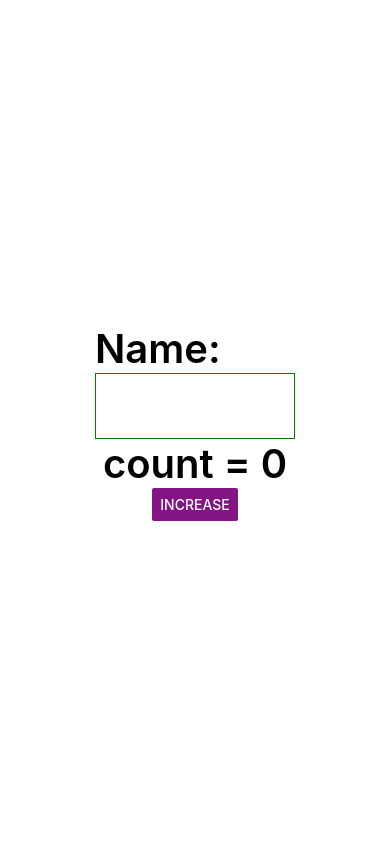
Repository: Ducbii4202/React-Native
Screen: /
An editor plug-in stored every save of this project. The screen is shown before and after the next save, followed by the edit.
The app was drawn by React Native's web renderer in a window 390 px wide. The project was rebuilt for these pictures with package versions that can differ from the ones it lists, and the page was loaded fresh each time.

Above is the screen before, as saved 2024-09-14 02:04:24.

### App.tsx

import { useState } from 'react';
import { Button, StyleSheet, Text, TextInput, View } from 'react-native';

export default function App() {
  const [count, setCount] = useState(0);
  const [name, setName] = useState("");

  return (
    <View style={styles.container}>
      <View>
 <Text style={{ fontSize: 40, fontWeight: "600" }}>Name: {name}</Text>
      <TextInput style={styles.input}
        multiline
        onChangeText={(value) => setName(value)}
      />
      </View>

      <Text style={{fontSize:40, fontWeight:"600"}}>
      count = {count}
      </Text>
      <View>
        <Button color="#841584"
          title='Increase'
          onPress={() => setCount(count + 1)} />
      </View>
    </View>
  );
}


//css in js
const styles = StyleSheet.create({
  container: {
    flex: 1,
    backgroundColor: '#fff',
    alignItems: 'center',
    justifyContent: 'center',
  },
  hello1: {
    color: "violet",
    borderColor: "pink",
    borderWidth: 1,
    fontSize: 30,
    padding:10,
  },
  header: {
    fontSize: 30,
    fontWeight:"600",
  },
  input: {
    borderColor: "green",
          borderWidth: 1,
          width: 200,
          padding: 15,
  }
});

After the next save:
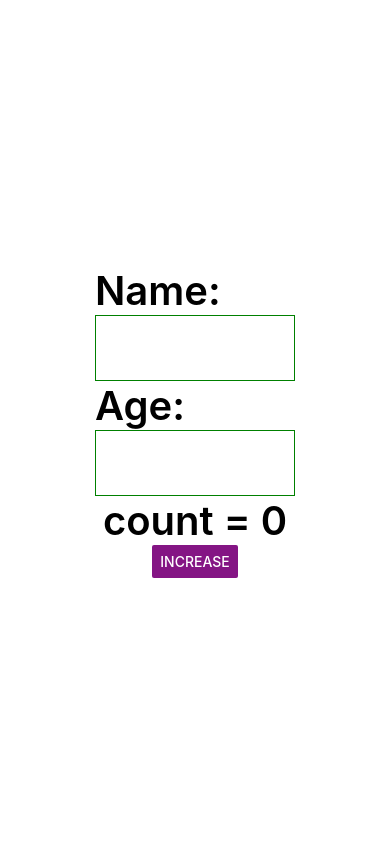
Saved 87 s later.
--- a/App.tsx
+++ b/App.tsx
@@ -5,14 +5,25 @@ import { Button, StyleSheet, Text, TextInput, View } from 'react-native';
 export default function App() {
   const [count, setCount] = useState(0);
   const [name, setName] = useState("");
+  const [age, setAge]= useState("");
 
   return (
     <View style={styles.container}>
       <View>
- <Text style={{ fontSize: 40, fontWeight: "600" }}>Name: {name}</Text>
+        <Text style={{ fontSize: 40, fontWeight: "600" }}>
+          Name: {name}</Text>
       <TextInput style={styles.input}
         multiline
         onChangeText={(value) => setName(value)}
+      />
+      </View>
+
+      <View>
+        <Text style={{ fontSize: 40, fontWeight: "600" }}>
+          Age: {age}</Text>
+      <TextInput style={styles.input}
+        multiline
+        onChangeText={(value) => setAge(value)}
       />
       </View>
 
